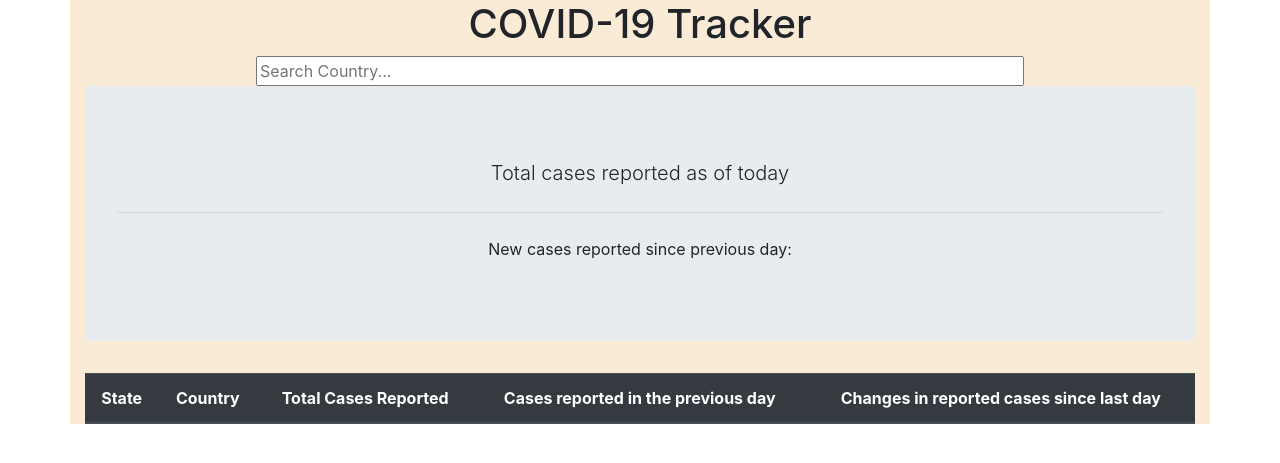
Repository: kimjuneyoung5/Bootcamp-Java
Page: http://localhost/CovidTrackingApp/WEB-INF/cases.jsp
An editor plug-in stored every save of this project. The page is shown before and after the next save, followed by the edit.
The browser window is 1280 px wide. The pictures show the whole page.
The page is served by Tomcat 9. Nobody is signed in. Other server files are loaded and not shown. The template is opened directly, without the code that normally fills it, so the values that code supplies are empty.

Above is the page before, as saved 2021-10-01 21:50:28.

### oop/CovidTrackingApp/src/main/webapp/WEB-INF/cases.jsp
<%@ page language="java" contentType="text/html; charset=UTF-8"
    pageEncoding="UTF-8"%>
<%@ taglib prefix="c" uri="http://java.sun.com/jsp/jstl/core" %>
<%@ taglib prefix="fmt" uri="http://java.sun.com/jsp/jstl/fmt" %>
<%@ taglib prefix="form" uri="http://www.springframework.org/tags/form"%>
<%@ page isErrorPage="true" %>
<!DOCTYPE html>

<html xmlns:th="http://www.thymeleaf.org">

<head>
    <title>COVID-19 Tracker</title>
    <meta http-equiv="Content-Type" content="text/html; charset=UTF-8" />
    <link rel="stylesheet" href="https://stackpath.bootstrapcdn.com/bootstrap/4.4.1/css/bootstrap.min.css" integrity="sha384-Vkoo8x4CGsO3+Hhxv8T/Q5PaXtkKtu6ug5TOeNV6gBiFeWPGFN9MuhOf23Q9Ifjh" crossorigin="anonymous">
    <style>
    	.container{
    		text-align:center;
    		background-color: antiquewhite;
    	}
    </style>
</head>

<body>
<div class="container">
<h1>COVID-19 Tracker</h1>
<form id="searchForm">
	<input type="text" id="searchText" placeholder="Search Country..." size="70px">
</form>

<div class="jumbotron">
    <h1 class="display-4"><c:out value="${totalReportedCases}"/></h1>
    <p class="lead">Total cases reported as of today</p>
    <hr class="my-4">
    <p>
        <span>New cases reported since previous day:</span>
        <span><c:out value="${totalNewCases}" /></span>
    </p>

</div>
    <table class="table table-dark">
    	<thead>
        	<tr>
            	<th>State</th>
            	<th>Country</th>
            	<th>Total Cases Reported</th>
            	<th>Cases reported in the previous day</th>
            	<th>Changes in reported cases since last day</th>
        	</tr>
        </thead>
        <tbody>
        	<c:forEach var="casesStat"  items="${casesStats}">
        		<tr>
        			<c:if test="${casesStat.provinceState == ''}">
            			<td><c:out value="${casesStat.countryRegion}"/></td>
            		</c:if>
            		<c:if test="${casesStat.provinceState != ''}">
            			<td><c:out value="${casesStat.provinceState}"/></td>
            		</c:if>
            		<td><c:out value="${casesStat.countryRegion}"/></td>
            		<td><c:out value="${casesStat.latestTotalCases}"/></td>
            		<td><c:out value="${casesStat.prevDayCases}"/></td>
            		<td><c:out value="${casesStat.diffFromPrevDay}"/></td>
        		</tr>
        	</c:forEach>
        </tbody>
    </table>
</div>
</body>

</html>

After the next save:
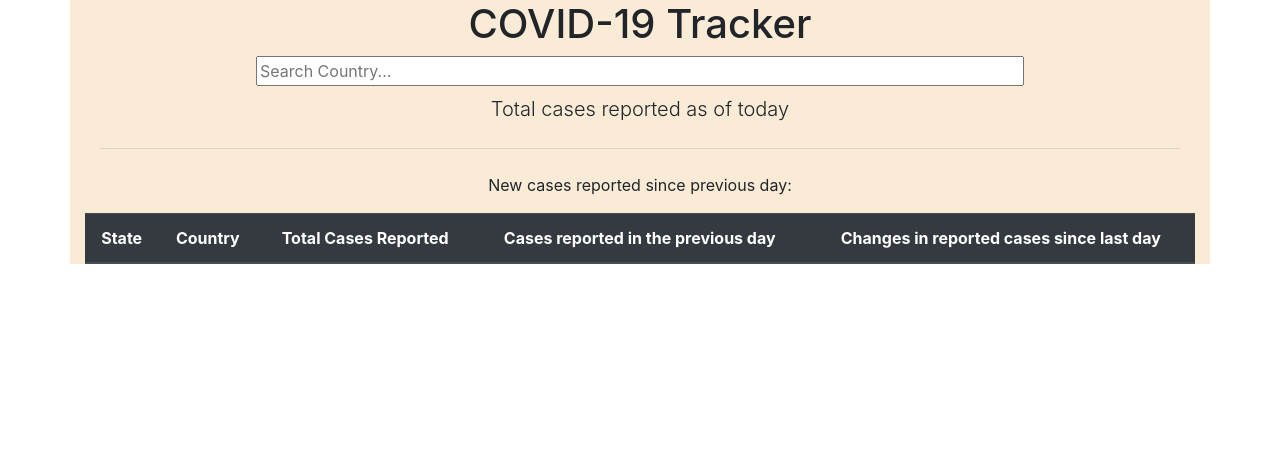
Saved 17 s later.
--- a/oop/CovidTrackingApp/src/main/webapp/WEB-INF/cases.jsp
+++ b/oop/CovidTrackingApp/src/main/webapp/WEB-INF/cases.jsp
@@ -27,7 +27,7 @@
 	<input type="text" id="searchText" placeholder="Search Country..." size="70px">
 </form>
 
-<div class="jumbotron">
+<div class="container">
     <h1 class="display-4"><c:out value="${totalReportedCases}"/></h1>
     <p class="lead">Total cases reported as of today</p>
     <hr class="my-4">
